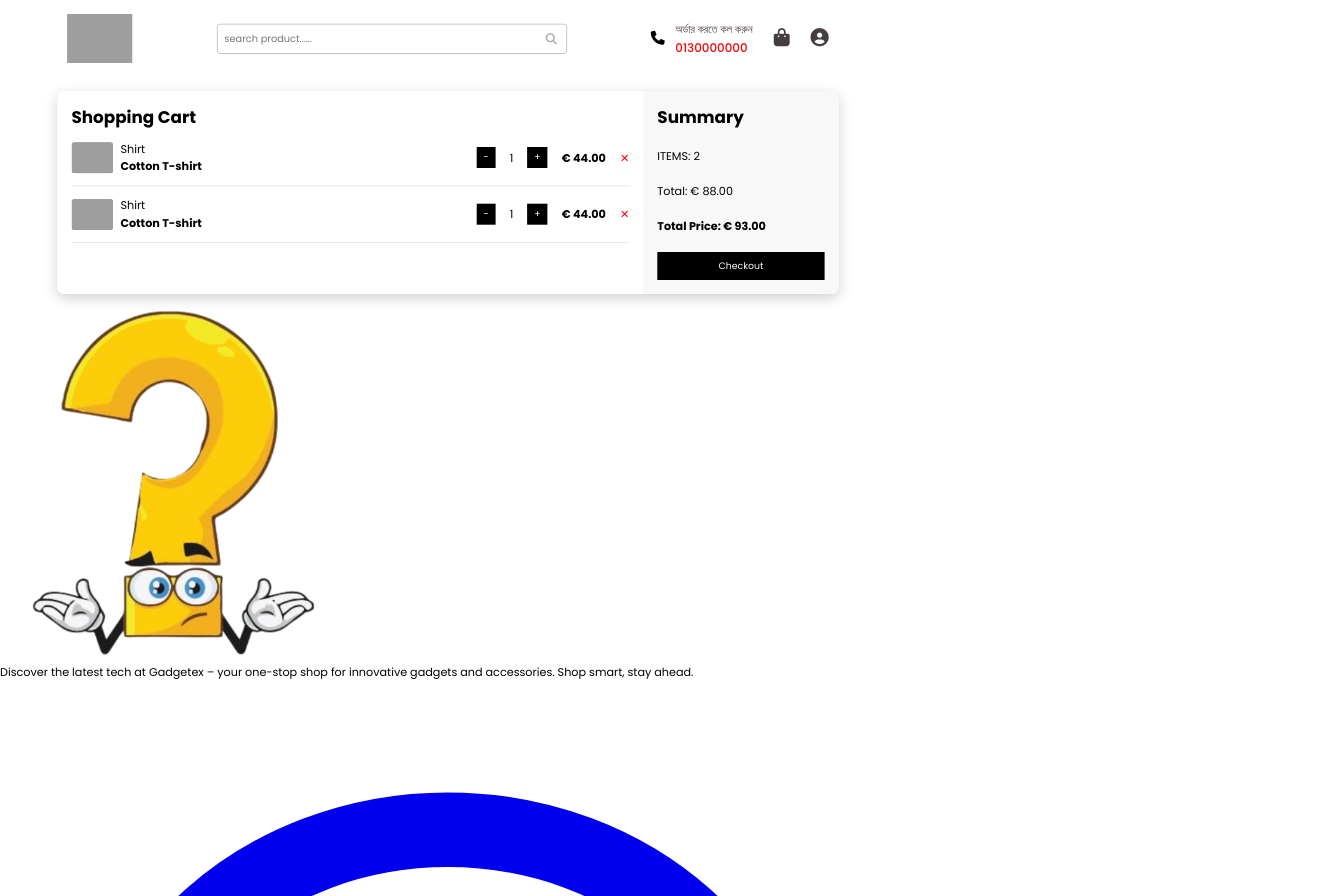
Repository: saifscripts/accessories-mart
Page: /cart
The author's editor kept a copy of each file at every save. The page is drawn from the files as they stood at one save, then again after the next save.
The browser window is 1280 px wide. The page is 3000 px wide, so the pictures cover 1920 px, including what lies to the right of the window. The pictures show the part of the page from y = 0 to 1280 px (the page is 7582 px tall before and 7602 px after), at 70% of full size.
Pictures or frames that could not be fetched are drawn as grey boxes. The page's requests for data from a server got no answer. The project was rebuilt for these pictures with package versions that can differ from the ones it lists, and the page was loaded fresh each time. No one was signed in, and anything a server would have sent is missing. Also part of the build but not shown: vite.config.js, src/App.jsx, src/components/Hero.jsx, src/components/Products.jsx, src/components/Loader.jsx, src/components/ProductSection.jsx, src/components/ProductsByClass.jsx, src/pages/Home.jsx and 2 more. Imported but missing from the stored project, and not drawn on this page: src/context/CartContext.

Above is the page before, as saved 2025-03-17 01:59:00.

### index.html
<!doctype html>
<html lang="en">

<head>
  <meta charset="UTF-8" />
  <link rel="icon" type="image/svg+xml" href="logo.png" />
  <meta name="viewport" content="width=device-width, initial-scale=1.0" />
  <title>ভাই দাম কত ?</title>
  <!-- Carousel -->
  <link rel="stylesheet" href="https://cdnjs.cloudflare.com/ajax/libs/OwlCarousel2/2.3.4/assets/owl.carousel.min.css"
    integrity="sha512-tS3S5qG0BlhnQROyJXvNjeEM4UpMXHrQfTGmbQ1gKmelCxlSEBUaxhRBj/EFTzpbP4RVSrpEikbmdJobCvhE3g=="
    crossorigin="anonymous" referrerpolicy="no-referrer" />
  <link rel="stylesheet"
    href="https://cdnjs.cloudflare.com/ajax/libs/OwlCarousel2/2.3.4/assets/owl.theme.default.min.css"
    integrity="sha512-sMXtMNL1zRzolHYKEujM2AqCLUR9F2C4/05cdbxjjLSRvMQIciEPCQZo++nk7go3BtSuK9kfa/s+a4f4i5pLkw=="
    crossorigin="anonymous" referrerpolicy="no-referrer" />
  <!-- === font-awesome icon CDN === -->
  <link rel="stylesheet" href="https://cdnjs.cloudflare.com/ajax/libs/font-awesome/6.7.2/css/all.min.css"
    integrity="sha512-Evv84Mr4kqVGRNSgIGL/F/aIDqQb7xQ2vcrdIwxfjThSH8CSR7PBEakCr51Ck+w+/U6swU2Im1vVX0SVk9ABhg=="
    crossorigin="anonymous" referrerpolicy="no-referrer" />
</head>

<body>
  <div id="root"></div>
  <script type="module" src="/src/main.jsx"></script>
  <!-- =======Jquery ======== -->
  <script src="https://cdnjs.cloudflare.com/ajax/libs/jquery/3.7.1/jquery.min.js"
    integrity="sha512-v2CJ7UaYy4JwqLDIrZUI/4hqeoQieOmAZNXBeQyjo21dadnwR+8ZaIJVT8EE2iyI61OV8e6M8PP2/4hpQINQ/g=="
    crossorigin="anonymous" referrerpolicy="no-referrer"></script>

</body>

</html>

### src/main.jsx
import { StrictMode } from 'react'
import { createRoot } from 'react-dom/client'
import './index.css'
import App from './App.jsx'
import {
  createBrowserRouter,
  RouterProvider,
} from "react-router-dom";
import Home from './pages/Home.jsx';
import Single from './pages/Single.jsx';
import MainLayout from './layout/MainLayout.jsx';
import ScrollToTop from './components/ScrollToTop.jsx';
import Cart from './pages/Cart.jsx';

const router = createBrowserRouter([
  {
    path: "/",
    element: <MainLayout />,
    children: [
      {
        path: "/",
        element: <Home />,
      },
      {
        path: "/single/:id",
        element: <Single />,
      },
      {
        path: "/cart",
        element: <Cart />,
      }
    ]
  },
]);

createRoot(document.getElementById('root')).render(
  <StrictMode>
    <RouterProvider router={router} />
  </StrictMode>,
)

### src/index.css
@import url('https://fonts.googleapis.com/css2?family=Hind+Siliguri:wght@300;400;500;600;700&family=Inter:ital,opsz,wght@0,14..32,100..900;1,14..32,100..900&display=swap');

@import url('https://fonts.googleapis.com/css2?family=Poppins:ital,wght@0,100;0,200;0,300;0,400;0,500;0,600;0,700;0,800;0,900;1,100;1,200;1,300;1,400;1,500;1,600;1,700;1,800;1,900&display=swap');

* {
  margin: 0;
  padding: 0;
  box-sizing: border-box;
  /*     font-family: "Hind Siliguri", serif; */
  font-family: "Poppins", serif;
}

ul {
  list-style-type: none;
}

a {
  text-decoration: none;
}

header {
  width: 100%;
  display: flex;
  justify-content: space-around;
  align-items: center;
  background-color: rgba(255, 255, 255, 0.125);
}

.ar-headerContainer {
  width: 85%;
  display: flex;
  justify-content: space-between;
  align-items: center;
  padding: 20px 0 20px 0;
}

.ar-headerLogo a {
  background: #aba8a8;
  display: flex;
  justify-content: start;
  height: 70px;
}

/* ===input style=== */
.ar-Search {
  display: flex;
  align-items: center;


}

.ar-Search i {
  color: #aba8a8;
}

.ar-search-icon a i {
  margin-left: -30px;
}

.ar-Search input {
  width: 500px;
  padding: 10px;
  border: 1px solid rgb(176, 169, 169);
  font-size: 14px;
  border-radius: 5px;
}

/* === MOBILE RESPONSIVE === */
@media(max-width: 768px) {
  header {
    width: 100%;
    display: flex;
    justify-content: center;
    align-items: center;
    background-color: rgba(255, 255, 255, 0.125);
  }

  .ar-headerContainer {
    width: 95%;
    display: flex;
    justify-content: space-between;
    align-items: center;
    padding: 2px 0 2px 0;
  }

  .ar-headerLogo a {
    height: 50px;
  }

  .ar-Search {
    width: 250px;
  }
}

/* === input style end === */

/* === contact style === */
.ar-contact {
  display: flex;
  justify-content: space-around;
  align-items: center;
  gap: 20px;
}

.contactPhone {
  display: flex;
  align-items: center;
  gap: 15px;
}

.ar-contactIcon i {
  font-size: 20px;

}

.ar-contact-container p {
  color: #524747;
  font-size: 16px;
  font-family: "Hind Siliguri", serif;
}

.ar-contact-container span {
  color: red;
  font-size: 17px;
  font-weight: 500;
}

.ar-cart i {
  font-size: 26px;
  margin-left: 10px;
  color: #463e3e;
}

/* === MOBILE RESPONSIVE === */
@media(max-width: 768px) {
  .ar-contact {
    display: flex;
    flex-direction: column;
    justify-content: flex-end;
    align-items: flex-end;
    gap: 0;
  }

  .ar-contactIcon i {
    display: none;
  }

  .ar-contact-container {
    text-align: end;
  }

  .ar-contact-container p {
    font-size: 15px;
    display: none;
  }

  .ar-contact-container span {
    font-size: 15px;
    display: none;
  }

  .ar-cart i {
    font-size: 16px;
  }

  .sh-add-slider-container a img {
    width: 100%;
  }
}

/* ===contact style end === */
.sh-add-slider-container img {
  width: 100%;
}



/* === SH PRODUCTS SLIDE MENU === */
.sh-products-menu-page-slider-section {
  width: 100%;
  display: flex;
  justify-content: center;
  background-color: #F5F6F7;
}

.sh-products-menu-page-slider-container {
  width: 85%;
  height: 100px;
  display: flex;
  align-items: center;
}

.item {
  width: 200px;
  height: 40px;
  display: flex;
  align-items: center;
  justify-content: center;
  border: 1px solid rgb(0, 0, 0, 0.1);
  background-color: white;
}

.item a {
  color: black;
  font-size: 16px;
}

/* === MOBILE RESPONSIVE === */
@media(max-width: 768px) {
  .sh-products-menu-page-slider-section {
    width: 100%;
    display: flex;
    justify-content: center;
  }

  .sh-products-menu-page-slider-container {
    width: 90%;
    display: flex;
    align-items: center;
  }

  .item {
    width: 150px;

  }

  .item a {
    font-size: 13px;
  }
}

/* === SH ALL PRODUCTS AND SEE MORE === */
.sh-all-productAndSee-text-section {
  width: 100%;
  display: flex;
  justify-content: center;
  background-color: #F5F6F7;
}

.sh-all-productAndSee-text-container {
  width: 85%;
  display: flex;
  justify-content: space-between;
  margin-top: 50px;
}

.sh-all-productAndSee-text-container h3 {
  font-size: 30px;
}

.sh-all-productAndSee-text-container a {
  width: 90px;
  height: 40px;
  display: flex;
  align-items: center;
  justify-content: center;
  background-color: white;
  border: 1px solid green;
  border-radius: 5px;
  color: green;
}

/* === MOBILE RESPONSIVE === */
@media(max-width: 768px) {
  .sh-all-productAndSee-text-section {
    width: 100%;
  }

  .sh-all-productAndSee-text-container {
    width: 95%;
    margin-top: 0;
  }
}

/* === SH DAIMOND PRODUCTS === */
.sh-daimond-section {
  width: 100%;
  display: flex;
  justify-items: center;
  justify-content: center;
  background: #F5F6F7;
  padding-top: 40px;
  padding-bottom: 40px;
}

/* === SH DAIMOND PRODUCT CONTAINER === */
.sh-daimond-product-container {
  width: 85%;
  gap: 20px;
  display: grid;
  grid-template-columns: auto auto auto auto;
}

.sh-daimond-product img {
  width: 100%;
  height: 100%;
}

/* === REPONSIVE FOR MOBILE === */
@media(max-width: 768px) {
  .sh-daimond-product-container {
    width: 95%;
    display: grid;
    grid-template-columns: auto auto;
    column-gap: 10px;
    row-gap: 10px;
  }
}

/* === SH DAIMOND CONTAINER === */
.sh-daimond-container {
  display: flex;
  justify-content: space-between;
  position: relative;
  flex-direction: column;
  width: 350px;
  min-height: 380px;
  min-height: 400px;
  background: white;
  border-radius: 10px;
  box-shadow: 3px 3px 5px 5px rgb(0, 0, 0, 0.1);
}

/* === SH DAIMOND PRODUCT IMAGE === */
.sh-daimond-product img {
  width: 100%;
  border-radius: 10px 10px 0 0;
}

/* === SH PRODUCT DISCOUNT PRICE === */
.sh-product-discount-price {
  width: 60px;
  display: flex;
  position: absolute;
  align-items: center;
  justify-content: center;
  border-radius: 50px;
  font-size: 16px;
  color: white;
  background: #DC3545;
  margin: 10px;
}

/* === SH PRODUCTS DETAILS === */
.sh-product-details {
  height: 120px;
  padding: 8px;
}

/* === SH PRODUCT NAME === */
.sh-product-name a h4 {
  font-size: 15px;
  font-weight: 400;
  color: black;
  line-height: 1.5em;
  height: 60px;
}

@media(max-width: 768px) {
  .sh-product-name a h4 {
    font-size: 14px;
  }

  .sh-product-details {
    height: 100px;
  }
}

/* === SH PRODUCTS PRICES === */
.sh-products-prices {
  display: flex;
  height: 30px;
  margin-top: 8px;
  gap: 10px;
}

/* === SH LESS PRICE === */
.sh-less-price p {
  font-size: 15px;
  color: #DC3545;
}

/* === SH REGULAR PRICE === */
.sh-regular-price p {
  font-size: 15px;
  color: gray;
  text-decoration: line-through;
}

@media(max-width: 768px) {
  .sh-less-price p {
    font-size: 14px;
  }

  .sh-regular-price p {
    font-size: 14px;
  }
}

/* === SH ORDER NOW BUTTON === */
.sh-order-korun-button {
  width: 100%;
  position: relative;
  display: flex;
  align-items: center;
  justify-content: center;
  border-radius: 0 0 10px 10px;
}

.sh-order-korun-button button {
  width: 100%;
  cursor: pointer;
}

.sh-btn-style {
  padding: 4px 10px;
  border: none;
}

.sh-btn-cartbg {
  border-radius: 0 0 0 10px;
  transition: all 0.3s ease-in-out;
  background: #FFBF00;
}

.sh-btn-cartbg:hover {
  background: #e7ae04;
}

.sh-btn-orderbg {
  border-radius: 0 0 10px 0;
  transition: all 0.3s ease-in-out;
  background: #FF7F50;
}

.sh-btn-orderbg:hover {
  background: #f3632e;
}

.sh-order-korun-button a {
  color: white;
  font-size: 16px;
  font-family: "Hind Siliguri", serif;
}

/* .sh-addcart::before{
    content: "";
    position: absolute;
    visibility: hidden;
    background: #34495e;
    margin-top: -40px;
    margin-left: -55px;
    padding: 6px 12px;
    border-radius: 3px;
    color: white;
    transition: visibility 0.3s ease, opacity 0.3s ease;
} */
/* .sh-addcart::before{
    content: "";
    position: absolute;
    visibility: hidden;
    background: #34495e;
    margin-top: -40px;
    margin-left: -55px;
    padding: 6px 12px;
    border-radius: 3px;
    color: white;
    transition: all 0.5s ease-in-out;
} */
/*  .sh-addcart{
    transition: all 0.5s ease-in-out;
 } */
.sh-btn-cartbg:hover::before {
  position: absolute;
  content: "Add to Cart";
  background-color: #34495e;
  visibility: visible;
  color: white;
  padding: 6px 12px;
  margin-top: -40px;
  margin-left: -40px;
  border-radius: 3px;
  opacity: 1;
}

/* === footer === */

.footer {
  width: 85%;
}

.footer-container {
  gap: 20px;
  display: flex;
  justify-content: space-between;
}

.footer-section h3 {
  font-size: 25px;
  margin-bottom: 10px;
}

.footer-section p,
.footer-section a {
  font-size: 14px;
  line-height: 25px;
  color: black;
  margin-bottom: 5px;
}

.footer-logo h1 {
  font-family: "Urbanist", serif;
  font-size: 40px;
}

.footer-bg {
  width: 100%;
  padding-bottom: 30px;
  padding-top: 50px;
  justify-items: center;
  background-color: white;
}

/* === MOBILE RESPONSIVE === */
/* === FOOTER === */
@media (max-width: 768px) {
  .footer {
    display: grid;
    width: 430px;
    padding-left: 20px;
  }

  .footer-container {
    display: grid;
  }

  .footer-section p,
  .footer-section a {
    font-size: 14px;
    line-height: 20px;
    color: black;
  }

  .footer-section h3 {
    font-size: 16px;
    margin-bottom: 5px;
  }

  .sh-order-korun-button a {
    font-size: 0.875em;
  }

  .sh-btn-cartbg:hover::before {
    position: absolute;
    content: "Add to Cart";
    background-color: #34495e;
    visibility: visible;
    color: white;
    font-size: 0.875em;
    padding: 6px;
    margin-top: -47px;
    margin-left: -32px;
    border-radius: 3px;
    opacity: 1;
  }

}

.sm-email-section {
  display: flex;
  margin-top: 20px;
}

.email-form {
  display: flex;
  flex-direction: column;
  gap: 10px;
}

.sm-email-section input {
  background-color: white;
  width: 318px;
  padding: 12px;
  border: 1px solid #ccc;
  border-radius: 4px;
}

.sm-email-section button {
  width: 100px;
  padding: 12px;
  background-color: black;
  color: #fff;
  border: none;
  border-radius: 4px;
  cursor: pointer;
}

.footer-bottom-content {
  display: flex;
  align-items: center;
  margin-top: 50px;
  justify-content: space-between;

}

/* Home-Slider */
.sh-add-slider-container {
  text-align: center;
  margin-bottom: 20px;
}

.sh-add-slider-container img {
  max-width: 100%;
  height: auto;
}

.slider-wrapper {
  overflow: hidden;
  width: 85%;
  /* 4 items * 210px width each */
  margin: auto;
  padding-bottom: 10px;
}

.slider-track {
  display: flex;
  transition: transform 0.5s ease-in-out;
}

.slider-item {
  min-width: 200px;
  text-align: center;
  background-color: white;
  padding: 10px;
  border-radius: 8px;
  box-shadow: 2px 4px 6px rgba(0, 0, 0, 0.1);
  margin-left: 10px;
  margin-right: 10px;
}

.hero-slider {
  margin-bottom: 50px;
}

/* Single Product Page */
.OrderProcessSection {
  width: 100%;
  background-color: #F5F6F7;
  display: flex;
  justify-content: center;
  margin-top: 0px;
  padding: 40px 0 40px 0;
}

.orderProcessContainer {
  width: 85%;
  display: flex;
  justify-content: space-between;
}

.productImage {
  display: flex;
  width: 35%;
  padding: 10px;
  border: 1px solid rgba(155, 153, 153, 0.258);
  background-color: #fff;
  border-radius: 5px;
  box-shadow: 5px 5px 40px 0.3px rgba(209, 208, 208, 0.221);
  height: 430px;
}

.productImage img {
  display: flex;
  width: 100%;
  border: 1px solid rgba(155, 153, 153, 0.258);
  border-radius: 5px;
  box-shadow: 5px 5px 40px 0.3px rgba(209, 208, 208, 0.221);
}

/* === MOBILE RESPONSIVE === */
@media(max-width: 768px) {
  .OrderProcessSection {
    width: 100%;
    display: flex;
    justify-content: center;
    margin-top: 30px;
    padding: 10px 10px 10px 10px;
  }

  .orderProcessContainer {
    width: 99%;
    display: flex;
    flex-direction: column;
    justify-content: center;
  }

  .productImage {
    width: 100%;
    padding: 10px;
    border: 1px solid rgba(155, 153, 153, 0.258);
    background-color: #fff;
    border-radius: 5px;
    box-shadow: 5px 5px 40px 0.3px rgba(209, 208, 208, 0.221);
    margin-bottom: 20px;
  }

  .productImage img {
    display: flex;
    width: 100%;
    border: 1px solid rgba(155, 153, 153, 0.258);
    border-radius: 5px;
    box-shadow: 5px 5px 40px 0.3px rgba(209, 208, 208, 0.221);
  }
}

/*=== productImage end === */

/*==== ar-productOrder ====*/

.ar-productOrder {
  width: 63%;
  border: 1px solid rgba(155, 153, 153, 0.258);
  background-color: #ffffff;
  border-radius: 5px;
  padding: 15px;
  box-shadow: 5px 5px 40px 0.3px rgba(209, 208, 208, 0.221);
}

.for-contact h1 {
  font-size: 27px;
  font-weight: 600;
  margin-bottom: 10px;
}

.for-contact strong {
  color: red;
  font-size: 25px;
  font-weight: 600;
}

.for-contact del {
  font-size: 23px;
  color: #818c97;
}

/* === orderBtn=== */
.orderBuy {
  display: flex;
  gap: 30px;
  margin-top: 20px;
}

.orderBuy a {
  width: 830px;
  display: flex;
  justify-content: center;
  align-items: center;
  height: 45px;
  font-size: 18px;
  border-radius: 5px;
  border: none;
  color: #ffff;
}


.callBtn button {
  width: 100%;
  height: 45px;
  margin-top: 10px;
  font-size: 18px;
  background-color: #0D6EFD;
  color: #ffff;
  border: none;
  border-radius: 5px;
}

/* === productCode===  */
.productCode {
  margin-top: 20px;
  font-size: 20px;
}

/* ===deliveryCause === */
.deliveryCause {
  margin-top: 50px;
}

.dhakaIn {
  display: flex;
  justify-content: space-between;
  font-size: 18px;
}

.dhakaOut {
  display: flex;
  justify-content: space-between;
  font-size: 18px;
}


/* === MOBILE RESPONSIVE === */
@media(max-width: 768px) {
  .ar-productOrder {
    width: 100%;
    border: 1px solid rgba(155, 153, 153, 0.258);
    background-color: #ffffff;
    border-radius: 5px;
    padding: 10px;
    box-shadow: 5px 5px 40px 0.3px rgba(209, 208, 208, 0.221);
  }

  .for-contact h1 {
    font-size: 20px;
    font-weight: 600;
    margin-bottom: 5px;
  }

  .for-contact strong {
    font-size: 20px;
    font-weight: 600;
  }

  .for-contact del {
    font-size: 20px;
    color: #818c97;
  }

  .orderBuy {
    display: flex;
    gap: 20px;
  }

  .orderBuy a {
    width: 50%;
    height: 45px;
    font-size: 18px;
    border-radius: 5px;
    border: none;
    color: #ffff;
  }

  .callBtn button {
    width: 100%;
    height: 45px;
    margin-top: 10px;
    font-size: 18px;
    background-color: #0D6EFD;
    color: #ffff;
    border: none;
    border-radius: 5px;
  }

  .productCode {
    margin-top: 10px;
    font-size: 18px;
  }

  .deliveryCause {
    margin-top: 20px;
  }
}





/*==== ar-productOrder end====*/






/* === discription === */

.discriptionContainer {
  width: 100%;
  background-color: #F5F6F7;
  display: flex;
  justify-content: center;
  padding-top: 50px;
  padding-bottom: 50px;
}

.descriptionSection {
  display: flex;
  justify-content: start;
  gap: 30px;
  width: 85%;
  line-height: 35px;
}

.discription {
  width: 100%;
  background-color: #DB991B;
  border-radius: 5px 5px 0px 0px;
}

.discription h1 {
  color: #ffffff;
  font-size: 18px;
  margin-left: 20px;

}

.mainDescription {
  background-color: #FFFFFF;
  padding: 20px;
}

.mainDescription p {
  font-size: 18px;
}

.mainDescription span {
  font-size: 18px;
}

/* === MOBILE DISCRIPTION === */
@media(max-width: 768px) {
  .discriptionContainer {
    width: 100%;
    background-color: #F5F6F7;
    display: flex;
    justify-content: center;
    margin-top: 20px;
  }

  .descriptionSection {
    display: flex;
    justify-content: start;
    width: 95%;
    line-height: 30px;
  }

  .mainDescription p {
    font-size: 15px;
  }
}


@media(max-width: 768px) {
  .footer-bottom {
    display: none;
  }

}

@media(max-width: 768px) {
  .sm-hide-for-mobile {
    display: none;
  }
}

@media(max-width: 768px) {
  .footer-bg {
    height: 100%;
    padding-top: 50px;
    margin-top: 60px;
  }
}


/* My Codes Updated */
.sh-daimond-section .sh-daimond-product img {
  height: 250px !important;
  padding: 30px;
}

/* Loader */
/* Fullscreen Loader */
.loader-container {
  position: fixed;
  top: 0;
  left: 0;
  width: 100%;
  height: 100vh;
  display: flex;
  flex-direction: column;
  justify-content: center;
  align-items: center;
  background: rgba(0, 0, 0, 0.8);
  color: white;
  font-size: 1.2rem;
  z-index: 1000;
}

/* Loader Animation */
.spinner {
  width: 50px;
  height: 50px;
  border: 6px solid #fff;
  border-top: 6px solid #3498db;
  border-radius: 50%;
  animation: spin 1s linear infinite;
  margin-bottom: 10px;
}

@keyframes spin {
  0% {
    transform: rotate(0deg);
  }

  100% {
    transform: rotate(360deg);
  }
}

/* Content Styling */
.content {
  padding: 20px;
  text-align: center;
}

/* Cart Page */
/* General Styles */
.cart-section {
  font-family: Arial, sans-serif;
  background: white;
  margin: auto;
  padding: 20px;
  display: flex;
  justify-content: center;
  align-items: center;
}

/* Two Column Layout */
.container {
  display: grid;
  grid-template-columns: 3fr 1fr;
  width: 90%;
  background: white;
  box-shadow: 0 6px 20px rgba(0, 0, 0, 0.19);
  border-radius: 10px;
  overflow: hidden;
}

/* Columns */
.column {
  flex: 1;
  padding: 20px;
}
.button-cart button{
  width: 100%;
}

.column:first-child {
  background: white;
}

.column:last-child {
  background: #f8f8f8;
  text-align: left;
}

/* Cart Items */
.cart-item {
  display: flex;
  align-items: center;
  justify-content: space-between;
  border-bottom: 1px solid #ddd;
  padding: 15px 0;
}

.cart-item img {
  width: 60px;
  height: auto;
  border-radius: 5px;
}

.item-details {
  flex-grow: 1;
  margin-left: 10px;
}

.item-name {
  font-weight: bold;
}

.quantity {
  display: flex;
  align-items: center;
  gap: 20px;
}

.quantity button {
  padding: 5px 10px;
  border: none;
  background: #000;
  color: white;
  cursor: pointer;
}

.price {
  font-weight: bold;
  margin-left: 20px;
  margin-right: 20px;
}

.remove {
  color: red;
  cursor: pointer;
}

/* Summary Section */
.summary select,
.summary input {
  width: 80%;
  padding: 8px;
  margin: 10px 0;
  border: 1px solid #ccc;
}

button {
  background: #000;
  color: white;
  padding: 10px;
  border: none;
  cursor: pointer;
  width: 80%;
}

/* Responsive Design */
@media (max-width: 768px) {
  .container {
    flex-direction: column;
  }

  .column {
    width: 100%;
  }
}

### src/layout/MainLayout.jsx
import React from 'react';
import Header from '../components/Header';
import { Outlet } from 'react-router-dom';
import MainFooter from '../components/MainFooter';
import ScrollToTop from '../components/ScrollToTop';

const MainLayout = () => {
    return (
        <div>
            <Header />
            <ScrollToTop />
            <Outlet />
            <MainFooter />
        </div>
    );
};

export default MainLayout;

Loaded but not shown: src/components/ScrollToTop.jsx (common file); src/components/MainFooter.jsx (164 lines, source omitted); src/pages/Cart.jsx (56 lines, source omitted); src/components/Header.jsx (45 lines, source omitted); src/App.css (no stored copy; drawn as an empty file)

After the next save:
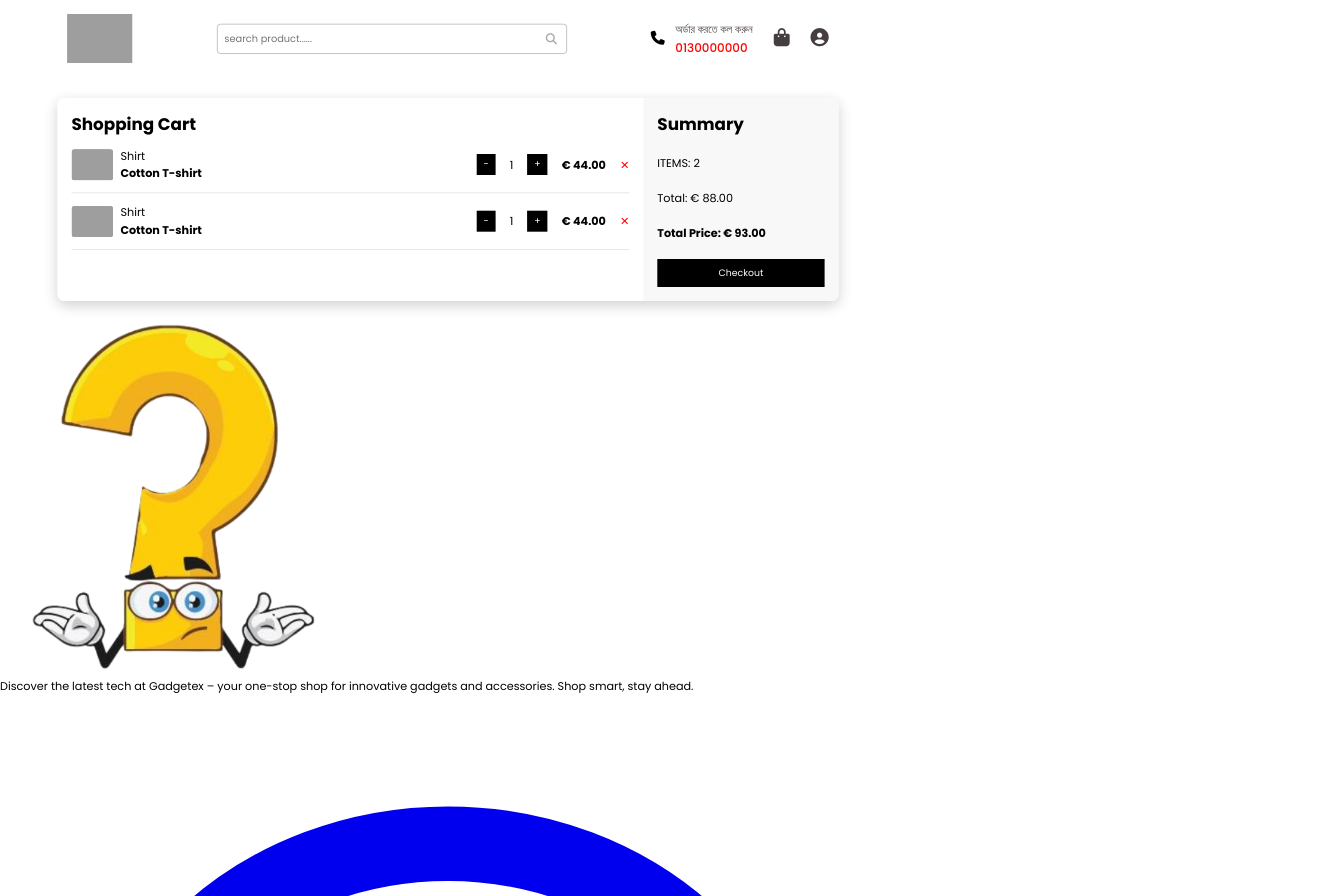
Saved 19 s later.
--- a/src/index.css
+++ b/src/index.css
@@ -1022,6 +1022,8 @@ header {
   display: flex;
   justify-content: center;
   align-items: center;
+  padding-top: 30px;
+  padding-bottom: 30px;
 }
 
 /* Two Column Layout */
